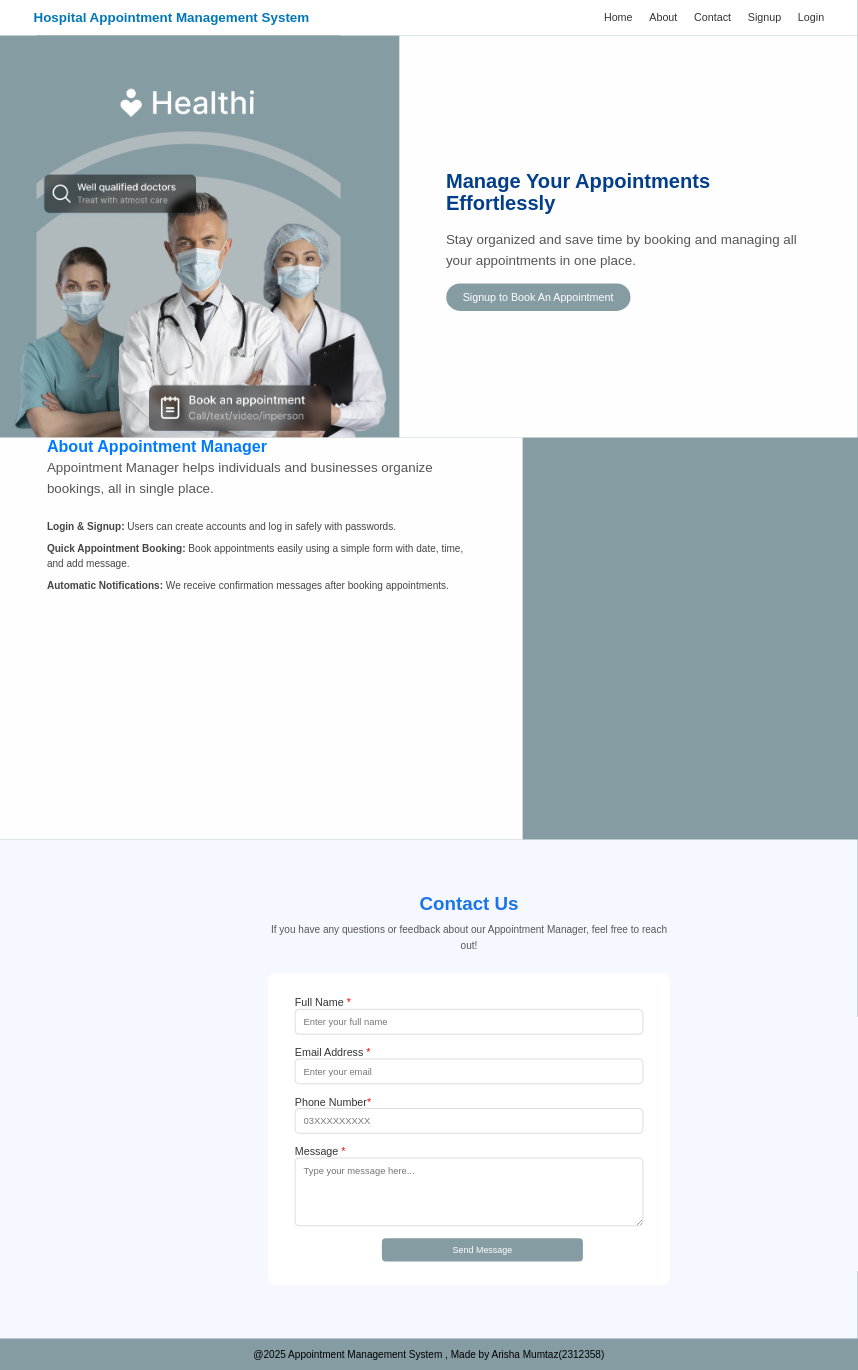
Repository: Arisha004/hospital-management-midterm-
Page: http://localhost/landingpage.html
An editor plug-in stored every save of this project. The page is shown before and after the next save, followed by the edit.
The browser window is 1280 px wide. The pictures show the whole page, at 67% of full size.
The page is run by PHP 8.4 with error messages shown; the project is at /var/www/html/.

Above is the page before, as saved 2025-11-08 14:22:57.

### landingpage.html

<html>
<head>
  <title>Appointment Management System</title>
  <link rel="stylesheet" href="style.css">
  <style>

  h2 {
    color: #007bff;
  }
  button{
  display: inline-block;
  background-color: #869CA3;
  color: #fff;
  padding: 10px 22px;
  border: none;
  border-radius: 6px;
  cursor: pointer;
  font-weight: 500;
   text-align: center;
}


a{
  color: white;
  text-decoration: none;
}
  </style>
</head>
<body>
  <header class="navbar">
    <div class="logo">Hospital Appointment Management System</div>
    <nav>
      <ul>
        <li><a href="#landing">Home</a></li>
        <li><a href="about.html">About</a></li>
        <li><a href="contact.html">Contact</a></li>
        <li><a href="signup.php">Signup</a></li>
        <li><a href="login.php">Login</a></li>

      </ul>
    </nav>
  </header>


  <section class="landing">
      <div class="right"></div>
    <div class="left">
      <h1>Manage Your Appointments Effortlessly</h1>
      <p>Stay organized and save time by booking and managing all your appointments in one place.</p>
      <a href="signup.php" class="btn">Signup to Book An Appointment</a>
    </div>

  </section>


    <section class="landing">
      <div class="rightabout"></div>
    <div class="left">
        <h2>About Appointment Manager</h2>
        <p>Appointment Manager helps individuals and businesses organize bookings, all in single place.</p>
        <ul class="features">
              <li><strong> Login & Signup:</strong> Users can create accounts and log in safely with  passwords.</li>
<li><strong>Quick Appointment Booking:</strong> Book appointments easily using a simple form with date, time, and add message.</li>
<li><strong>Automatic Notifications:</strong> We receive confirmation messages after booking appointments.</li>

        </ul>
      </div>
    </div>
  </section>

<section id="contact" class="contact">
    <div class="container contact-inner">
      <h2>Contact Us</h2>
      <p>If you have any questions or feedback about our Appointment Manager, feel free to reach out!</p>

      <form action="insertcontactform.php" method="post" class="contact-form">
        <div class="form-group">
          <label>Full Name <span>*</span></label>
          <input type="text" id="name" name="name" placeholder="Enter your full name" pattern="^[A-Za-z]{3,}( [A-Za-z]+)?$" title="Full name should contain only letters and spaces, and must be at least 3 characters long.">

        </div>

        <div class="form-group">
          <label>Email Address <span>*</span></label>
          <input type="email" id="email" name="email" placeholder="Enter your email" title="Please enter a valid email address, e.g. example@gmail.com." required>
        </div>

        <div class="form-group">
          <label>Phone Number<span>*</span></label>
          <input type="tel" id="phone" name="phone" placeholder="03XXXXXXXXX" required pattern="[0-9]{11}" title="Enter 11-digit number only">
        </div>

        <div class="form-group">
          <label>Message <span>*</span></label>
          <textarea id="message" name="message" rows="5" placeholder="Type your message here..." required  pattern=".*\S.*" minlength="10"  title="Message must be at least 10 characters long.Cannot enter only spaces"></textarea>
        </div>

        <button type="submit" class="btn">Send Message</button>
      </form>
    </div>
</section>



  <footer>
    <p> @2025 Appointment Management System , Made by Arisha Mumtaz(2312358)</p>
  </footer>
</body>
</html>

### style.css

* {
  margin: 0;
  padding: 0;
  font-family: 'Poppins', sans-serif;
}

body {
  background: #869CA3;
  color: #333;
}

.about {
  background-color: #f9f9f9;
  padding: 80px 0; /*80px top & bottom, 0 left & right */
}

.about-image img {

  width: 450px;
  border-radius: 10px;
}

.about-content {
  margin-top: 20px;
  width: 300px;
}

.about-content h2 {
  font-size: 28px;
  color: #1a73e8;
  margin-bottom: 15px;
}

.about-content p {
  font-size: 16px;
  color: #555;
  line-height: 1.6;
  margin-bottom: 20px;
}

.features {
  list-style: none;
  padding: 0;
  margin-bottom: 25px;
}

.features li {
  margin-bottom: 10px;
  color: #444;
  font-size: 15px;
  line-height: 1.5;
}



.contact {
  background-color: #f5f9ff;
  padding: 80px 0;
}

.contact-inner {
  width: 600px;
  margin-left: 400PX;
  text-align: center;
}

.contact h2 {
  font-size: 28px;
  color: #1a73e8;
  margin-bottom: 10px;
}

.contact p {
  color: #555;
  margin-bottom: 30px;
  font-size: 15px;
  line-height: 1.6;
}

.card {
  background-color: #869CA3;
  width: 280px;
  padding: 20px;
  border-radius: 10px;
  box-shadow: 0 0 8px rgba(0,0,0,0.1);
  text-align: left;
}
.card-container {
  display: flex;
  justify-content: center;
  gap: 20px;
}


.card h4 {
  font-size: 18px;
  margin-bottom: 10px;
  color: lightcyan;
}

.card p {
  font-size: 15px;
  color: whitesmoke;
  line-height: 1.5;
}



.contact-form {
  background-color: #fff;
  padding: 35px 40px;
  border-radius: 12px;
  text-align: left;
}

.form-group {
  margin-bottom: 18px;
}
.about-cards {
  text-align: center;
  padding: 40px 20px;
  background-color: #f5f5f5;
}

.about-cards h3 {
  font-size: 24px;
  margin-bottom: 30px;
  color: black;
}


label {
  font-weight: 500;
  margin-bottom: 6px;
  color: #333;
}

label span {
  color: red;
}

input, textarea {
  width: 100%;
  padding: 10px 12px;
  border: 1px solid #ccc;
  border-radius: 6px;
  font-size: 14px;
}



.contact-form .btn {
  display: inline-block;
  background-color: #869CA3;
  color: #fff;
  padding: 10px 22px;
  border: none;
  border-radius: 6px;
  cursor: pointer;
  font-weight: 500;

  margin-left: 130px;
   text-align: center;
}


.navbar {
  display: flex;
  justify-content: space-between;
  align-items: center;
  padding: 15px 50px;
  background: #fff;

 }

.navbar .logo {
  font-weight: 700;
  font-size: 20px;
  color: #0077b6;
}

.navbar ul {
  display: flex;
  list-style: none;
}

.navbar ul li a {
  text-decoration: none;
  color: #333;
  margin-left: 25px;
}

/*.landing becomes a flex container.
Its children (e.g., .left and .right) automatically become flex items.flex items are IN horizontally (row direction).*/

.landing {
  display: flex;
  height: 600px;
}


  button{

  display: inline-block;
  background-color: #869CA3;
  color: #fff;
  padding: 10px 22px;
  border: none;
  border-radius: 6px;
  cursor: pointer;
  font-weight: 500;

   text-align: center;
}


.landing .left {

  width: 50%;
  padding: 0 70px; /*adds 70px space on left and right (inner spacing).*/
  background: #fefefe;
}


.landing .left h1 {
  margin-top: 200px;
  font-size: 30px;
  color: #023e8a;
  margin-bottom: 20px;
}

.landing .left p {
  font-size: 20px;
  color: #555;
  margin-bottom: 30px;
  line-height: 1.6;
}

.btn {
  background: #869CA3;
  color: #fff;
  padding: 12px 25px;
  border-radius: 30px;
  text-decoration: none;
  font-weight: 300;
  width: 300px;
}


.landing .right {
  width:700px;
  background:url(images/pic1.png);
  background-repeat: no-repeat;
  background-size: cover;
}





.form1-container {
  width: 520px;
  margin: 80px auto;
  background: white;
  padding: 20px;
  border-radius: 8px;
}

.form1-container h2 {
  text-align: center;
  color: #333;
}

.form1-container label {
  display: block;
  margin-top: 10px;
  color: #555;
}

.form1-container input {
  width: 100%;
  padding: 8px;
  margin-top: 5px;
  border: 1px solid #ccc;
  border-radius: 4px;
}

.form1-container button {
  width: 100%;
  margin-top: 15px;
  padding: 10px;
  background: #869CA3;
  border: none;
  color: white;
  border-radius: 4px;
  cursor: pointer;
}


.form1-container p {
  text-align: center;
  margin-top: 10px;
}

.success {
  text-align: center;
  background: #d4edda;
  color: #155724;
  padding: 8px;
  border-radius: 5px;
  margin: 10px auto;
  width: 320px;
}

.error {
  text-align: center;
  background: #f8d7da;
  color: #721c24;
  padding: 8px;
  border-radius: 5px;
  margin: 10px auto;
  width: 320px;
}

footer {
  text-align: center;
  padding: 15px;
 background-color:#869CA3;
  color: black;
  font-size: 15px;

}

.container.about-inner {
  padding: 50px 20px;
  background-color: #fff;
  margin: 40px auto;
  width: 1000px;
  border-radius: 10px;

}


.about-content {
  width: 600px;
}

.about-content h2 {
  font-size: 28px;
  margin-bottom: 15px;
  color: #222;
}

.about-content p {
  font-size: 16px;
  line-height: 1.6;
  margin-bottom: 15px;
}

After the next save:
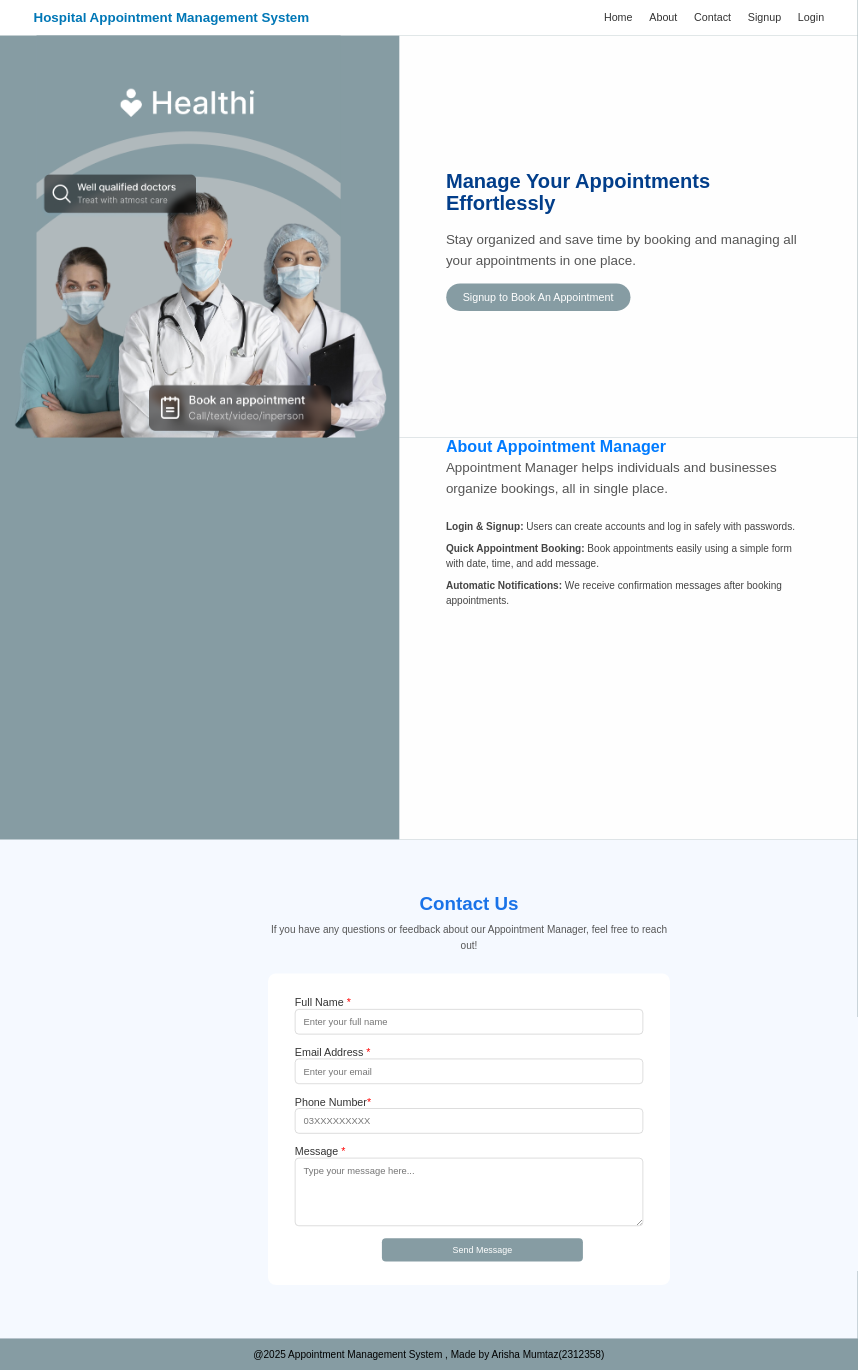
Not found: images/aboutimg.png
Saved 3 s later.
--- a/style.css
+++ b/style.css
@@ -340,6 +340,13 @@ footer {
   border-radius: 10px;
 
 }
+.landing .rightabout {
+  width:700px;
+  background:url(images/aboutimg.png);
+  background-repeat: no-repeat;
+  background-size: cover;
+}
+
 
 
 .about-content {
